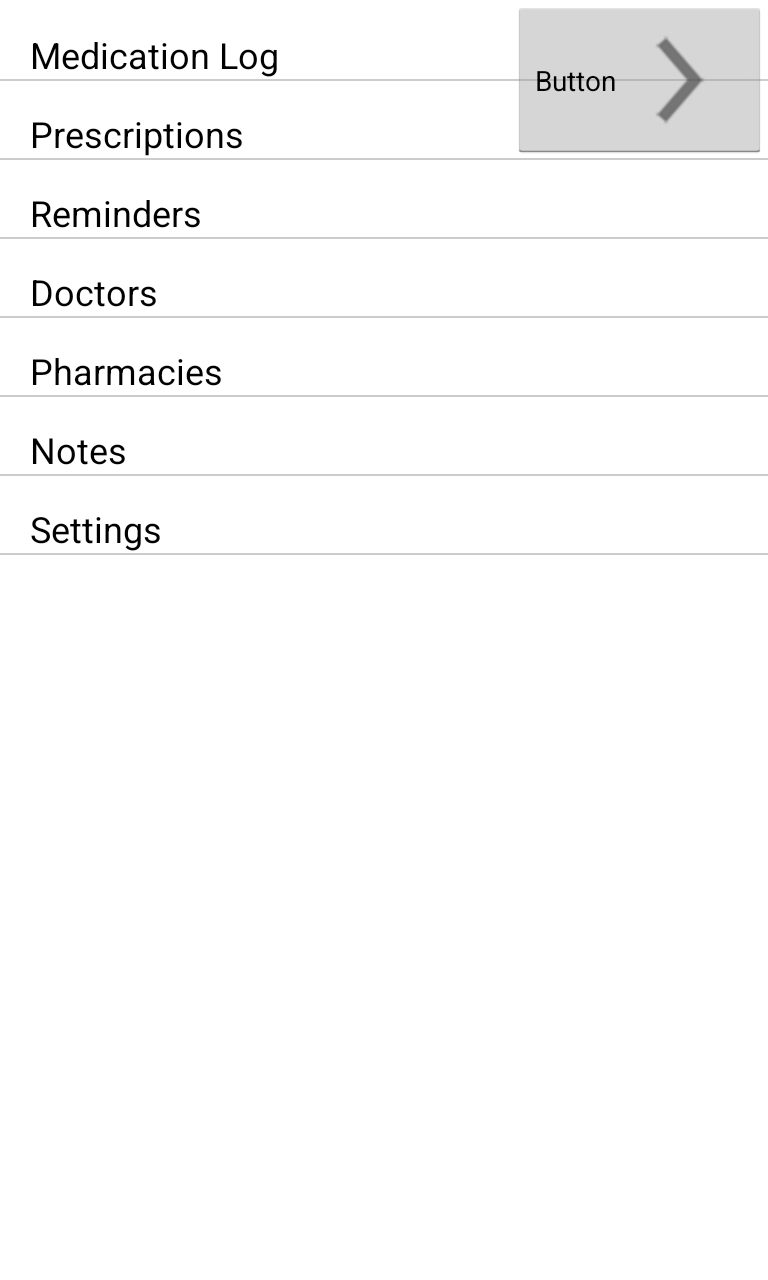
Repository: ranika/pilltracker
Layout: PillTracker/res/layout/fragment_main.xml
An editor plug-in stored every save of this project. The layout is shown before and after the next save, followed by the edit.
It is drawn on a 768 x 1280 px phone screen (xhdpi) without system bars, with theme AppTheme; the app's code is not run.

Above is the layout before, as saved 2014-04-10 02:52:34.

### PillTracker/res/layout/fragment_main.xml
<RelativeLayout xmlns:android="http://schemas.android.com/apk/res/android"
    android:layout_width="fill_parent"
    android:layout_height="fill_parent" >

    <TextView
        android:id="@+id/textView1"
        android:layout_width="wrap_content"
        android:layout_height="wrap_content"
        android:layout_alignParentLeft="true"
        android:layout_alignParentTop="true"
        android:layout_marginLeft="15dp"
        android:layout_marginTop="15dp"
        android:text="@string/med_log"
        android:textAppearance="?android:attr/textAppearanceMedium" />

    <View
        android:layout_width="fill_parent"
        android:layout_height="1dp"
        android:layout_alignParentLeft="true"
        android:layout_below="@+id/textView1"
        android:background="@color/black"
        android:paddingTop="20dp" />

    <TextView
        android:id="@+id/textView2"
        android:layout_width="wrap_content"
        android:layout_height="wrap_content"
        android:layout_alignLeft="@+id/textView1"
        android:layout_below="@+id/textView1"
        android:layout_marginTop="15dp"
        android:text="@string/prescriptions"
        android:textAppearance="?android:attr/textAppearanceMedium" />

    <View
        android:layout_width="fill_parent"
        android:layout_height="1dp"
        android:layout_alignParentLeft="true"
        android:layout_below="@+id/textView2"
        android:background="@color/black"
        android:paddingTop="20dp" />

    <TextView
        android:id="@+id/textView3"
        android:layout_width="wrap_content"
        android:layout_height="wrap_content"
        android:layout_alignLeft="@+id/textView2"
        android:layout_below="@+id/textView2"
        android:layout_marginTop="15dp"
        android:text="@string/reminders"
        android:textAppearance="?android:attr/textAppearanceMedium" />

    <View
        android:layout_width="fill_parent"
        android:layout_height="1dp"
        android:layout_alignParentLeft="true"
        android:layout_below="@+id/textView3"
        android:background="@color/black"
        android:paddingTop="20dp" />

    <TextView
        android:id="@+id/textView4"
        android:layout_width="wrap_content"
        android:layout_height="wrap_content"
        android:layout_alignLeft="@+id/textView3"
        android:layout_below="@+id/textView3"
        android:layout_marginTop="15dp"
        android:text="@string/doctors"
        android:textAppearance="?android:attr/textAppearanceMedium" />

    <View
        android:layout_width="fill_parent"
        android:layout_height="1dp"
        android:layout_alignParentLeft="true"
        android:layout_below="@+id/textView4"
        android:background="@color/black"
        android:paddingTop="20dp" />

    <TextView
        android:id="@+id/textView5"
        android:layout_width="wrap_content"
        android:layout_height="wrap_content"
        android:layout_alignLeft="@+id/textView4"
        android:layout_below="@+id/textView4"
        android:layout_marginTop="15dp"
        android:text="@string/pharmacies"
        android:textAppearance="?android:attr/textAppearanceMedium" />

    <View
        android:layout_width="fill_parent"
        android:layout_height="1dp"
        android:layout_alignParentLeft="true"
        android:layout_below="@+id/textView5"
        android:background="@color/black"
        android:paddingTop="20dp" />

    <TextView
        android:id="@+id/textView6"
        android:layout_width="wrap_content"
        android:layout_height="wrap_content"
        android:layout_alignLeft="@+id/textView5"
        android:layout_below="@+id/textView5"
        android:layout_marginTop="15dp"
        android:text="@string/notes"
        android:textAppearance="?android:attr/textAppearanceMedium" />

    <View
        android:layout_width="fill_parent"
        android:layout_height="1dp"
        android:layout_alignParentLeft="true"
        android:layout_below="@+id/textView6"
        android:background="@color/black"
        android:paddingTop="20dp" />

    <TextView
        android:id="@+id/textView7"
        android:layout_width="wrap_content"
        android:layout_height="wrap_content"
        android:layout_alignLeft="@+id/textView6"
        android:layout_below="@+id/textView6"
        android:layout_marginTop="15dp"
        android:text="@string/settings"
        android:textAppearance="?android:attr/textAppearanceMedium" />

    <View
        android:layout_width="fill_parent"
        android:layout_height="1dp"
        android:layout_alignParentLeft="true"
        android:layout_below="@+id/textView7"
        android:background="@color/black"
        android:paddingTop="20dp" />

    <Button
        android:id="@+id/button1"
        style="?android:attr/buttonStyleSmall"
        android:layout_width="wrap_content"
        android:layout_height="wrap_content"
        android:layout_alignParentRight="true"
        android:layout_alignParentTop="true"
        android:drawableRight="@drawable/arrow"
        android:text="Button" />

</RelativeLayout>

### PillTracker/res/values/strings.xml
<?xml version="1.0" encoding="utf-8"?>
<resources>

    <string name="app_name">Pill Tracker</string>
    <string name="action_settings">Settings</string>
	<string name="med_log">Medication Log</string>
	<string name="prescriptions">Prescriptions</string>
	<string name="reminders">Reminders</string>
	<string name="doctors">Doctors</string>
	<string name="pharmacies">Pharmacies</string>
	<string name="notes">Notes</string>
	<string name="settings">Settings</string>
	<color name="black">#CCCCCC</color>
</resources>

Loaded but not shown: PillTracker/res/values/styles.xml (common file); PillTracker/res/values-v11/styles.xml (common file); PillTracker/res/values-v14/styles.xml (common file)

After the next save:
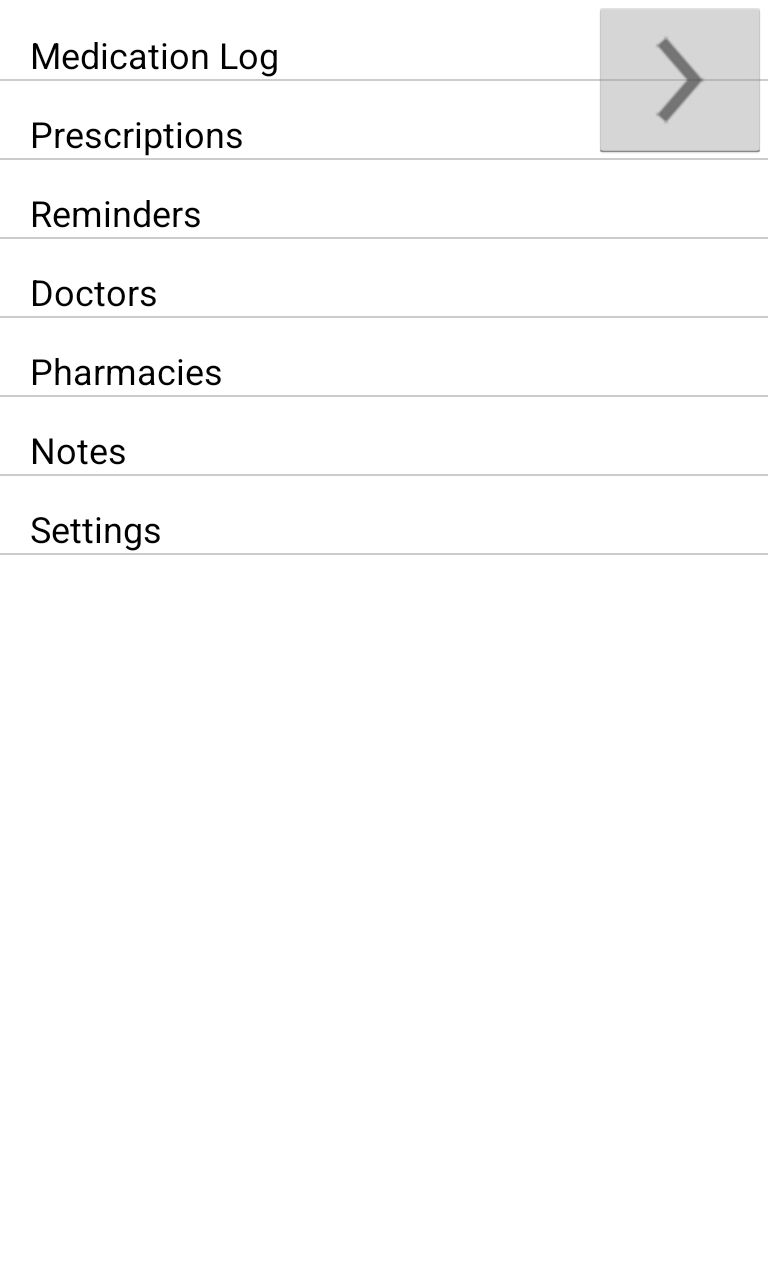
Saved 17 s later.
--- a/PillTracker/res/layout/fragment_main.xml
+++ b/PillTracker/res/layout/fragment_main.xml
@@ -136,7 +136,6 @@
         android:layout_height="wrap_content"
         android:layout_alignParentRight="true"
         android:layout_alignParentTop="true"
-        android:drawableRight="@drawable/arrow"
-        android:text="Button" />
+        android:drawableRight="@drawable/arrow" />
 
 </RelativeLayout>
